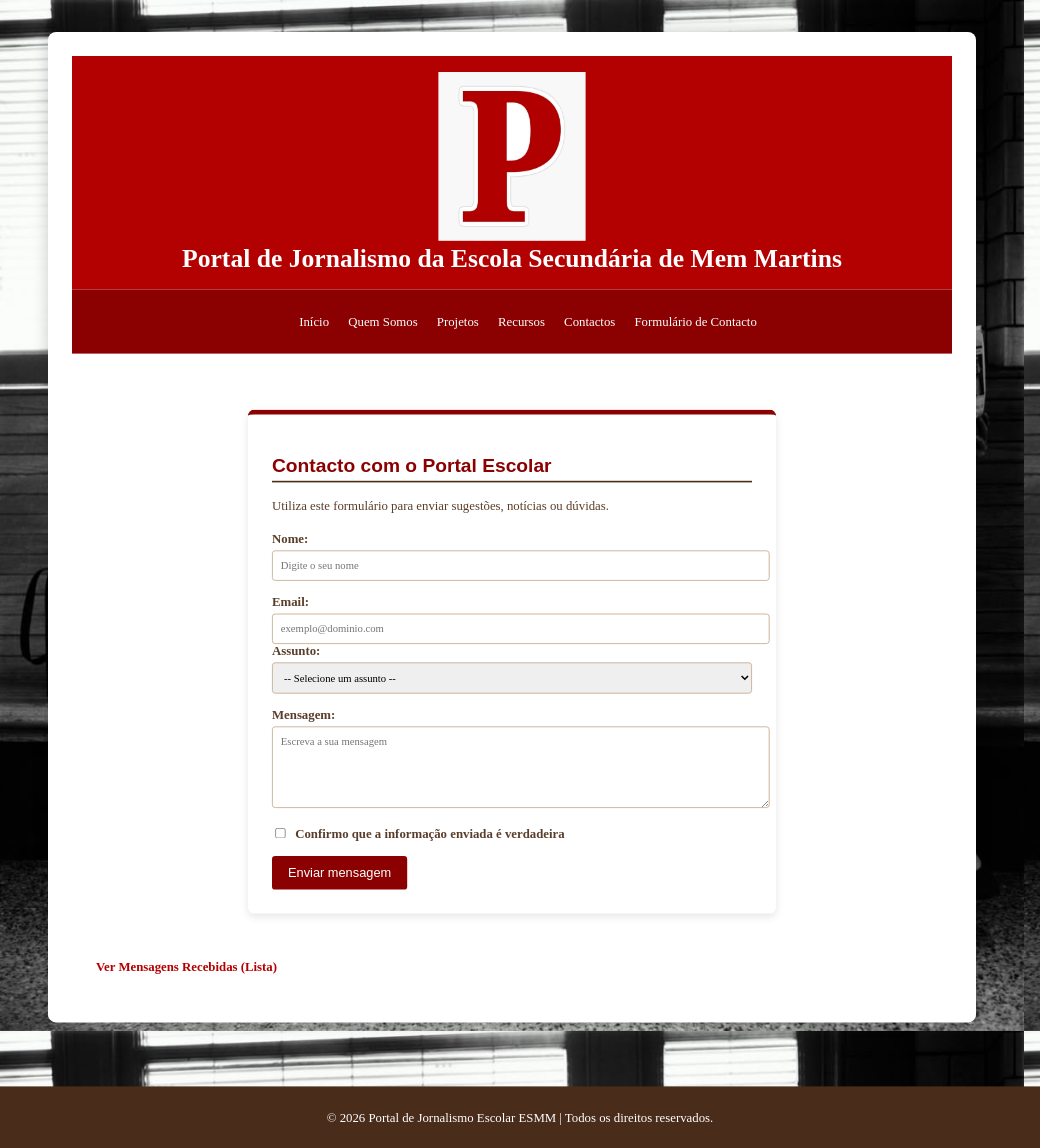
Repository: Sofiampsantos/Portal-de-Jornalismo-Escolar
Page: http://localhost/FormularioContacto/contato.jsp
An editor plug-in stored every save of this project. The page is shown before and after the next save, followed by the edit.
The browser window is 1280 px wide. The page is 1300 px wide, so the pictures cover 1300 px, including what lies to the right of the window. The pictures show the whole page, at 80% of full size.
Backgrounds fixed to the window are drawn as part of the page. Some web fonts or font styles are not loaded; a fallback is used. The page is served by Tomcat 10.

Above is the page before, as saved 2026-05-24 16:34:05.
Console error: TypeError: Cannot set properties of null (setting 'innerText')

After the next save:
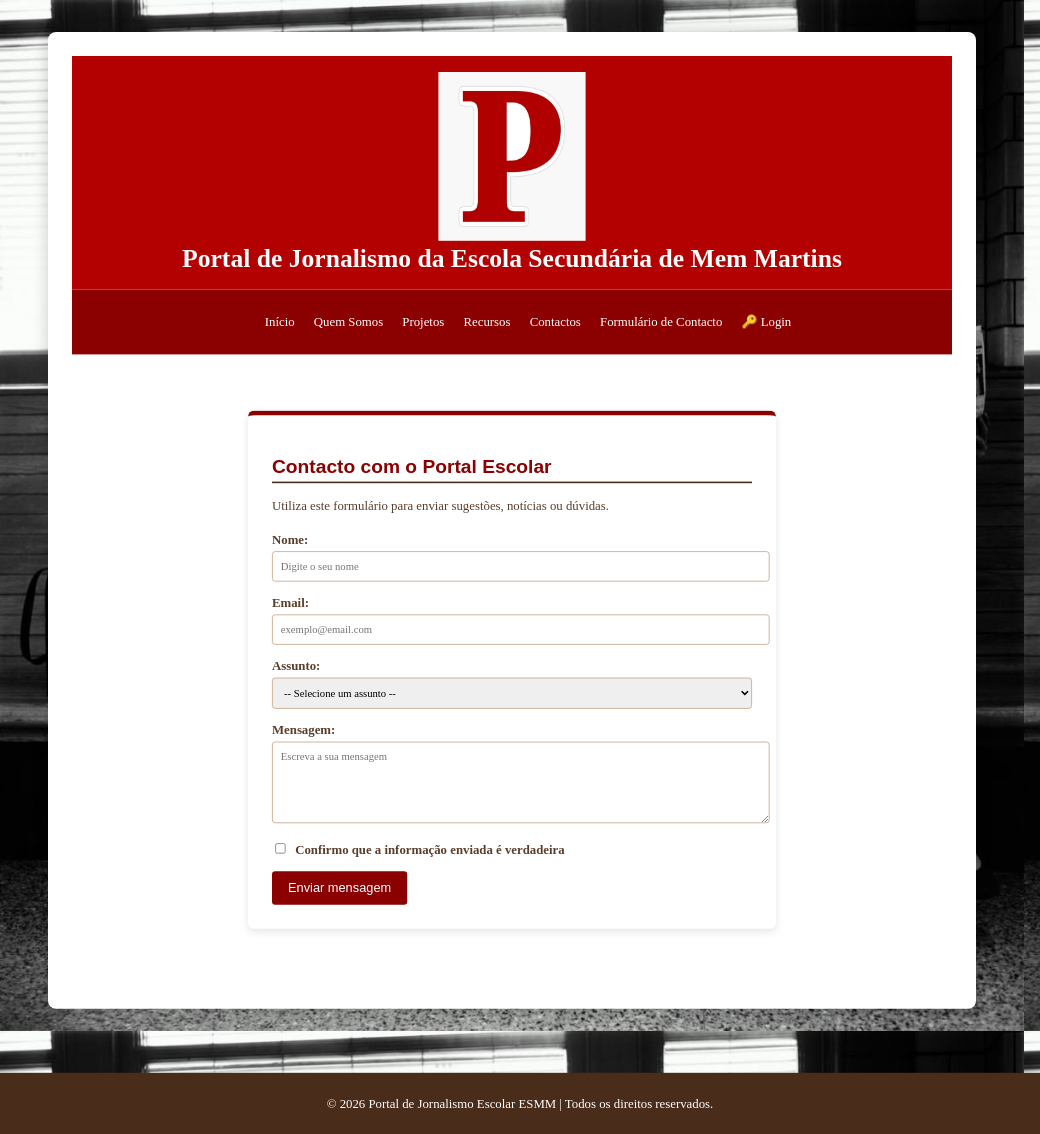
Saved 106 s later.
--- a/ProjetoProgV2/FormularioContacto/src/main/webapp/contato.jsp
+++ b/ProjetoProgV2/FormularioContacto/src/main/webapp/contato.jsp
@@ -4,71 +4,85 @@
 <head>
 <meta charset="UTF-8">
 <title>Portal de Jornalismo Escolar - ESMM - Formulário de Contacto</title>
-<link rel="stylesheet" type="text/css" href="${pageContext.request.contextPath}/styles/estilo.css">
+<link rel="stylesheet" type="text/css" href="styles/estilo.css">
 </head>
-<body style="background-image: url('${pageContext.request.contextPath}/img/jornmulheres.jpg'); background-size: cover; background-repeat: no-repeat; background-attachment: fixed; background-position: center;">
+<body style="background-image: url('img/jornmulheres.jpg'); background-size: cover; background-repeat: no-repeat; background-attachment: fixed; background-position: center;">
 
- <div class="container">
+<div class="container">
 
     <header id="topo">
         <img alt="Fotografia do Portal de Jornalismo Escolar"
-             src="${pageContext.request.contextPath}/img/logoP.jpg" style="width: 184px; height: 211px;">
+             src="img/logoP.jpg" style="width: 184px; height: 211px;">
         <h1>Portal de Jornalismo da Escola Secundária de Mem Martins</h1>
     </header>
 
     <nav id="navegacao">
         <ul>
-            <li><a href="index.html">Início</a></li>
+            <li><a href="index.jsp">Início</a></li>
             <li><a href="quem_somos.html">Quem Somos</a></li>
             <li><a href="projetos.html">Projetos</a></li>
             <li><a href="recursos.html">Recursos</a></li>
             <li><a href="contactos.html">Contactos</a></li>
             <li><a href="contato.jsp">Formulário de Contacto</a></li>
+
+            <%-- CONTROLO DE SESSÃO: Mostra as listas apenas se o admin estiver logado --%>
+            <%
+            if (session != null && session.getAttribute("utilizadorLogado") != null) {
+            %>
+                <li><a href="ListarContatosServlet" style="color: #ffcccc;">📁 Ver Contactos</a></li>
+                <li><a href="ListarComentariosServlet" style="color: #ffcccc;">💬 Mural de Comentários</a></li>
+                <li><a href="LogoutServlet" style="color: #ff9999;">✕ Sair</a></li>
+            <%
+            } else {
+            %>
+                <li><a href="login.jsp">🔑 Login</a></li>
+            <%
+            }
+            %>
         </ul>
     </nav>
 
     <section id="conteudo">
 
-        <form name="formulario" action="ContatoServlet" method="post" onsubmit="return validarFormulario()">
+        <form name="formulario" action="InserirContactoServlet" method="POST" onsubmit="return validarFormulario()">
 
             <h2>Contacto com o Portal Escolar</h2>
             <p>Utiliza este formulário para enviar sugestões, notícias ou dúvidas.</p>
 
             <label>Nome:</label><br>
-            <input type="text" name="nome" placeholder="Digite o seu nome" required><br><br>
+            <input type="text" name="nome" placeholder="Digite o seu nome"><br><br>
 
-            <label for="email">Email:</label>
-			<input type="email" id="email" name="email" placeholder="exemplo@dominio.com" required>
+            <label>Email:</label><br>
+            <input type="email" name="email" placeholder="exemplo@email.com"><br><br>
 
             <label>Assunto:</label><br>
-            <select name="assunto" required>
+            <select name="assunto">
                 <option value="">-- Selecione um assunto --</option>
-                <option value="Sugestão de notícia">Sugestão de notícia</option>
-                <option value="Divulgação de evento">Divulgação de evento</option>
-                <option value="Correção de informação">Correção de informação</option>
-                <option value="Outro">Outro</option>
+                <option value="noticia">Sugestão de notícia</option>
+                <option value="evento">Divulgação de evento</option>
+                <option value="erro">Correção de informação</option>
+                <option value="outro">Outro</option>
             </select><br><br>
 
             <label>Mensagem:</label><br>
-            <textarea name="mensagem" rows="5" placeholder="Escreva a sua mensagem" required></textarea><br><br>
+            <textarea name="mensagem" rows="5" placeholder="Escreva a sua mensagem"></textarea><br><br>
 
-            <input type="checkbox" name="aceitar" required>
+            <input type="checkbox" name="aceitar">
             <label>Confirmo que a informação enviada é verdadeira</label><br><br>
 
-            <input type="submit" value="Enviar mensagem">
+            <input type="submit" value="Enviar mensagem" class="botao">
 
         </form>
 
-        <br>
-        <a href="ListarContatosServlet" style="font-weight: bold;">Ver Mensagens Recebidas (Lista)</a>
+    </section>
 
-    </section>
- </div>
+</div>
 
- <footer id="rodape">
+<footer id="rodape">
     <p>&copy; 2026 Portal de Jornalismo Escolar ESMM | Todos os direitos reservados.</p>
- </footer>
+</footer>
 
- <script src="${pageContext.request.contextPath}/scripts/script.js"></script>
+<script src="scripts/script.js"></script>
+
 </body>
 </html>
